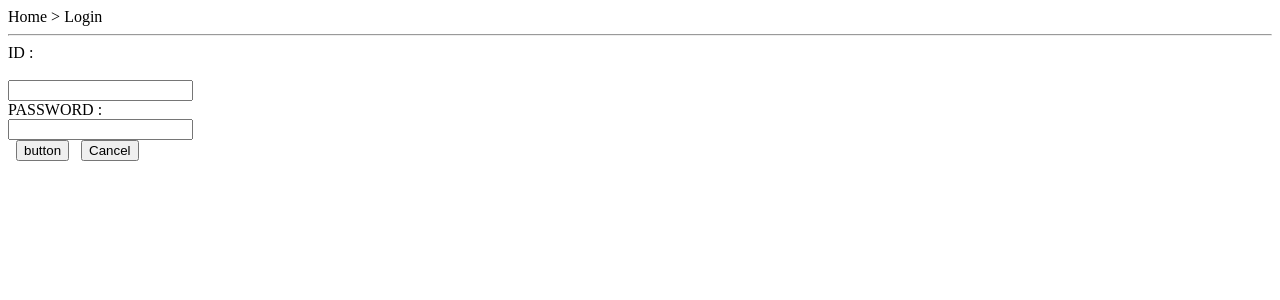
Repository: parkgyutaee/My_JAVA_Project
Page: http://localhost/JSPStudy/form_login.jsp
An editor plug-in stored every save of this project. The page is shown before and after the next save, followed by the edit.
The browser window is 1280 px wide. The pictures show the whole page.
The page is served by Tomcat 9.

Above is the page before, as saved 2025-07-10 01:03:17.

### Workspace/JSPStudy/src/main/webapp/form_login.jsp
<%@ page language="java" contentType="text/html; charset=UTF-8"
    pageEncoding="UTF-8"%>
<!DOCTYPE html>
<html>
<head>
<meta charset="UTF-8">
<title>Insert title here</title>
</head>
<body>
	Home > Login
	<hr>
	<form action="#" method = "get">
	ID : <br><br>
	<input type = "text"  name = "id" > <br>
	PASSWORD : <br>
	<input type = "password" name = "password"> <br>
	&nbsp; <input type = "submit"  value = "button"> &nbsp;
			   <input type = "reset" value = "Cancel">

	</form>
</body>
</html>

After the next save:
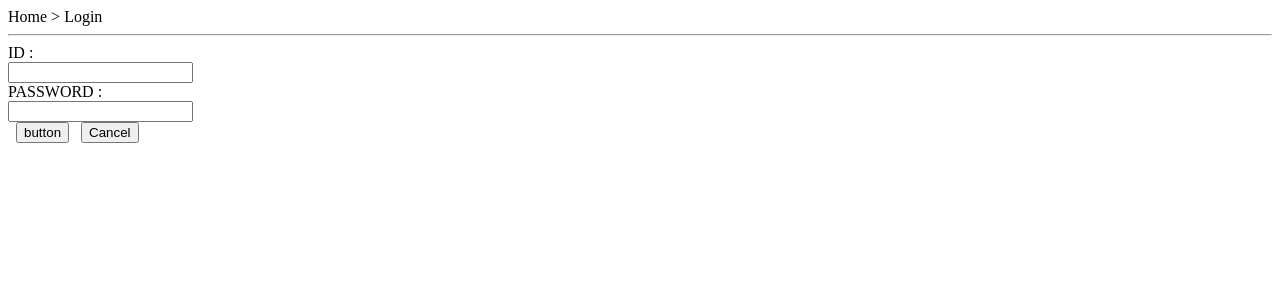
Saved 7 s later.
--- a/Workspace/JSPStudy/src/main/webapp/form_login.jsp
+++ b/Workspace/JSPStudy/src/main/webapp/form_login.jsp
@@ -10,7 +10,7 @@
 	Home > Login
 	<hr>
 	<form action="#" method = "get">
-	ID : <br><br>
+	ID : <br>
 	<input type = "text"  name = "id" > <br>
 	PASSWORD : <br>
 	<input type = "password" name = "password"> <br>
